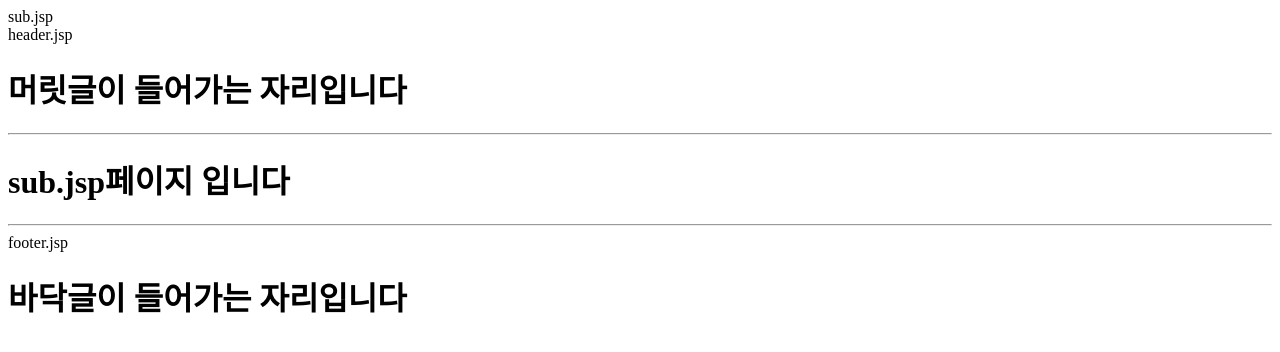
Repository: ryu1917/jsp
Page: http://localhost/jsp02/sub.jsp
These files come from the project's save history. The page is drawn as it stood at one moment and after the next save; the edit follows.
The browser window is 1280 px wide. The pictures show the whole page.
The page is served by Tomcat 9.

Above is the page before, as saved 2021-04-21 08:21:58.

After the next save:
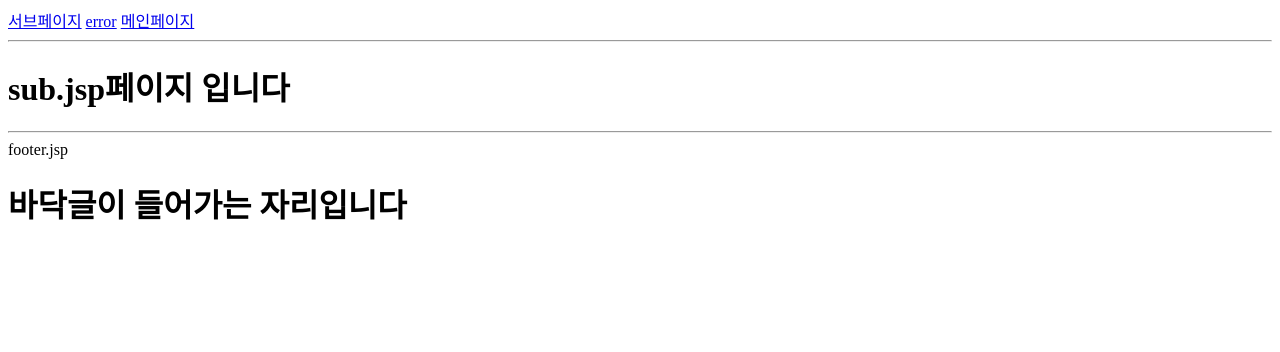
Saved 42 s later.
--- a/workspace/jsp02/src/main/webapp/sub.jsp
+++ b/workspace/jsp02/src/main/webapp/sub.jsp
@@ -7,8 +7,8 @@
 <title>Insert title here</title>
 </head>
 <body>
-sub.jsp<br>
-<%@ include file="header.jsp" %>
+
+<%@ include file="link.jsp" %>
 <hr><h1>sub.jsp페이지 입니다</h1><hr>
 <%@ include file="footer.jsp" %>
 </body>
